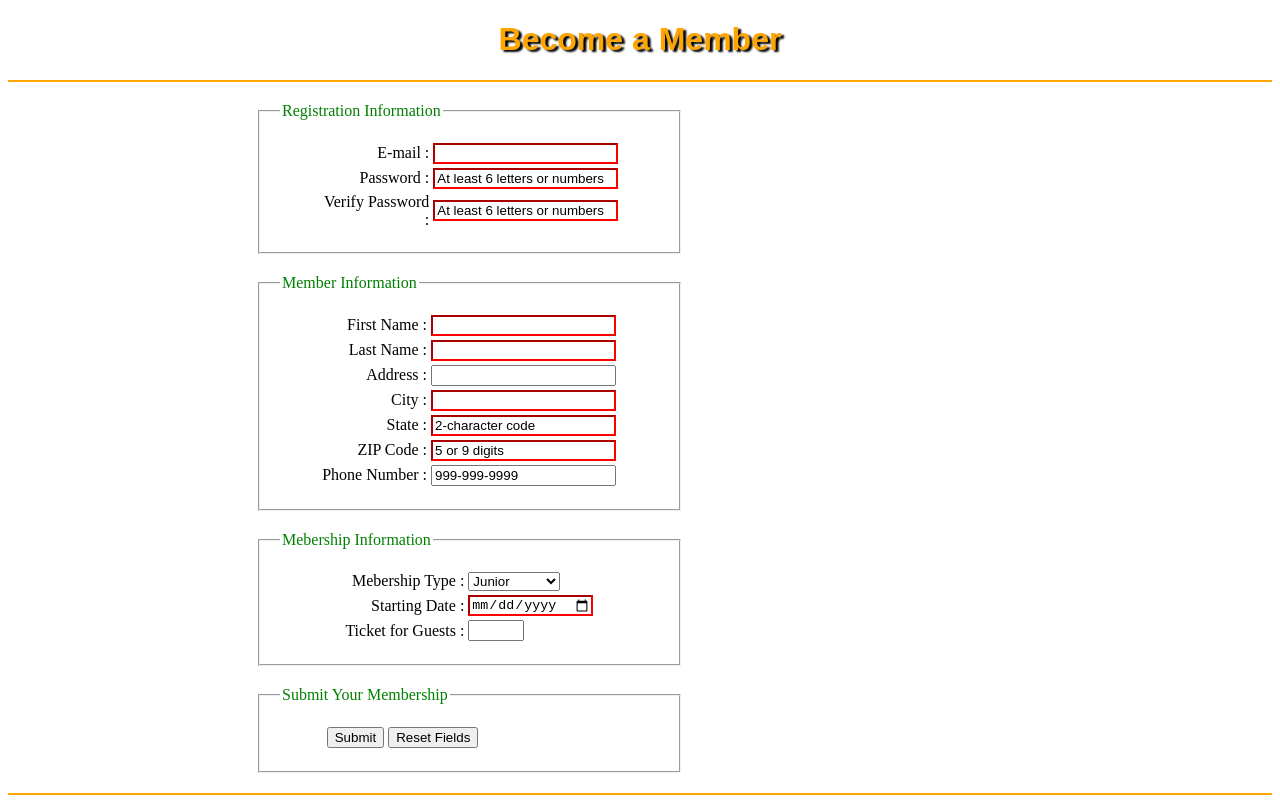
Repository: kjungyoun/Web_Study_2021
Page: 05_seoul08_homework/0302/0302.html
An editor plug-in stored every save of this project. The page is shown before and after the next save, followed by the edit.
The browser window is 1280 px wide. The pictures show the whole page.
Some web fonts or font styles are not loaded; a fallback is used.

Above is the page before, as saved 2021-03-02 12:48:59.

After the next save:
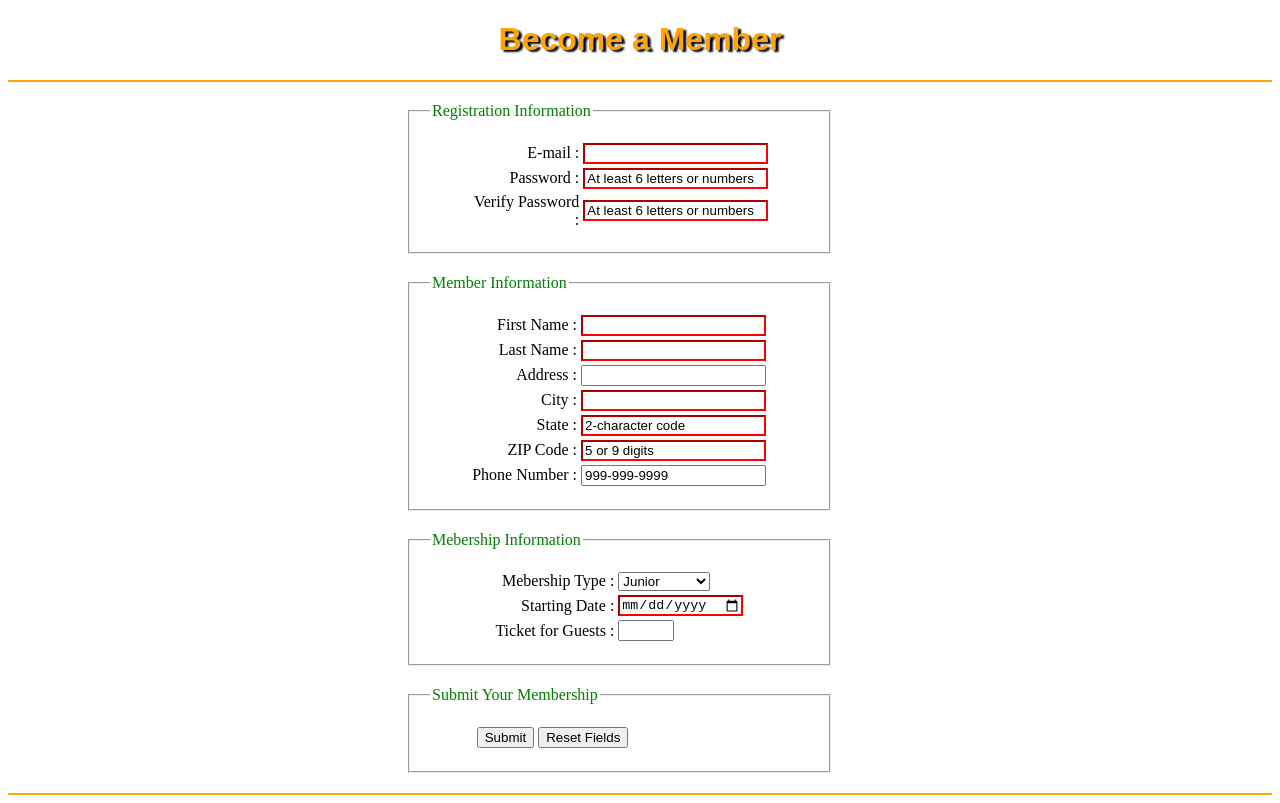
Saved 11 s later.
--- a/05_seoul08_homework/0302/0302.html
+++ b/05_seoul08_homework/0302/0302.html
@@ -8,7 +8,7 @@
 	color: green;
 	width:30%;
 	padding:20px;
-	margin: 20px 250px;
+	margin: 20px 400px;
 	}
 	table {
 	color : black;
